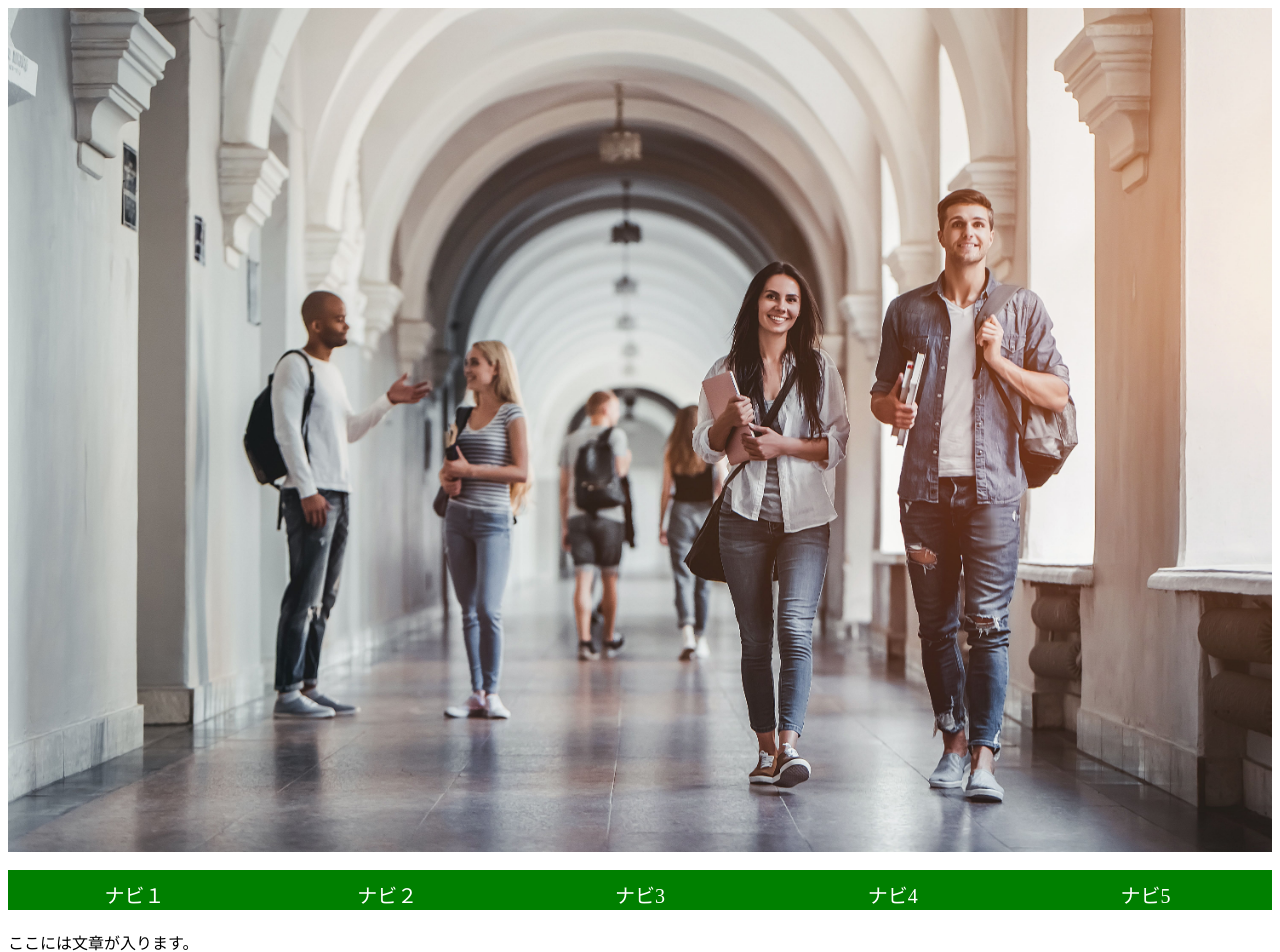
Repository: tsubasa2/restaurant
Page: home.html
The author's editor kept a record of every edit. The page is drawn from the files as they stood at one moment, then again after the next edit.
The browser window is 1280 px wide. The pictures show the part of the page from y = 0 to 952 px (the page is 2274 px tall before and 2194 px after).

Above is the page before.

After the next edit:
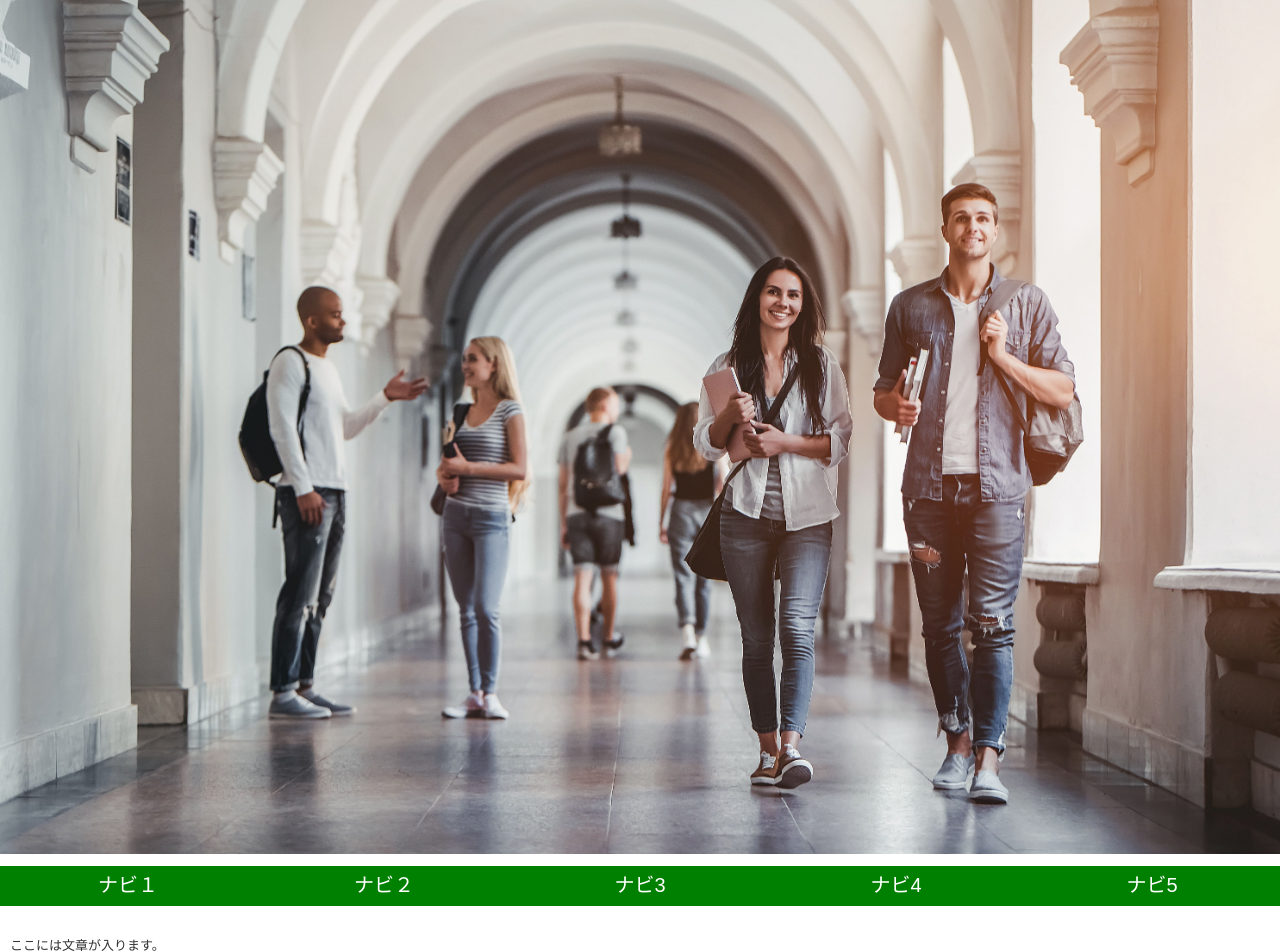
The edit:
--- a/stylesheet.css
+++ b/stylesheet.css
@@ -1,80 +1,3 @@
-<!DOCTYPE html>
-<html lang="ja">
-    <head>
-        <meta charset="UTF-8">
-        <title>HTML/CSSの学習</title>
-        <link rel="stylesheet" href="stylesheet.css">
-    </head>
-    <body>
-        <div id="header">
-            <h1><a href="index.html"><img id="corridor" src="images/corridor.jpg" alt="大学の廊下" /></a></h1>
-        </div>
-        <div id="wrapper">
-            <div id="nav">
-                <ul>
-                    <li><a href="home.html">ナビ1</a></li>
-                    <li><a href="#">ナビ2</a></li>
-                    <li><a href="#">ナビ3</a></li>
-                    <li><a href="#">ナビ4</a></li>
-                    <li><a href="#">ナビ5</a></li>
-                </ul>
-            </div>
-            <div id="container">
-                <div id="main">
-                    <div class="post">
-                        <p>ここは文章が入りま���。ここは文章が入ります。ここは文章が入ります。<br />今は、適当な文章を入れてあります。これをダミーテキストといいます。</p>
-                    </div>
-                    <div class="post clearfix">
-                        <h2>小見出し1</h2>
-                        <img class="left" src="images/classroom.jpg" alt="授業風景" />
-                        <p>
-                            コンテンツ1の本文になります。コンテンツ1の本文になります。コンテンツ1の本文になります。コンテンツ1の本文になります。
-                            コンテンツ1の本文になります。コンテンツ1の本文になります。コンテンツ1の本文になります。コンテンツ1の本文になります。
-                        </p>
-                        <p><a href="#">→コンテンツ1のページへ</a></p>
-                    </div>
-                    <div class="post clearfix">
-                        <h2>小見出し2</h2>
-                        <img class="right" src="images/scale.jpg" alt="天秤" />
-                        <p>
-                            コンテンツ2の本文になります。コンテンツ2の本文になります。コンテンツ2の本文になります。コンテンツ2の本文になります。
-                            コンテンツ2の本文になります。コンテンツ2の本文になります。コンテンツ2の本文になります。コンテンツ2の本文になります。
-                        </p>
-                    </div>
-                </div>
-            </div>
-            <div id="side">
-                <div class="box">
-                    <h2>サイドメニュー1</h2>
-                    <div class="boxBody">
-                        <ul>
-                            <li>項目1</li>
-                            <li>項目2</li>
-                            <li>項目3</li>
-                            <li>項目4</li>
-                        </ul>
-                    </div>
-                </div>
-                <div class="box">
-                    <h2>サイドメニュー2</h2>
-                    <div class="boxBody">
-                        <ul>
-                            <li>項目1</li>
-                            <li>項目2</li>
-                            <li>項目3</li>
-                            <li>項目4</li>
-                        </ul>
-                    </div>
-                </div>
-            </div>
-        </div>
-        <div id="footer">
-            <p>&copy; 20xx ○○ All Rights Reserved.</p>
-        </div>
-    </body>
-</html>
-stylesheet.css
-
 @charset "utf-8";
 
 body {
@@ -88,13 +11,13 @@
 
 /* -------------------- wrapper -------------------- */
 #wrapper {
-    width: 100%;
-    margin: auto;
-    padding: 0px;
-    border: 0px;
-    background-color: #FFF;
-    top: 10px;
-    position: relative;
+	width: 100%;
+	margin: auto;
+	padding: 0px;
+	border: 0px;
+	background-color: #FFF;
+	top: 10px;
+	position: relative;
 }
 
 /* -------------------- header -------------------- */
@@ -127,7 +50,7 @@
 	width: 100%;
 }
 #nav ul {
-    display: flex;
+	display: flex;
 	margin: 0;
 	padding: 0;
 	list-style-type: none;
@@ -159,9 +82,7 @@
 	padding-top: 20px;
 	clear: both;
 	display: grid;
-    grid-template-columns: 70vw 30vw;
-}
-
+	grid-template-columns: 70vw 30vw;
 }
 /* -------------------- main -------------------- */
 #main {
@@ -204,7 +125,7 @@
 
 /* -------------------- clearfix -------------------- */
 .clearfix {
-    zoom: 1;
+	zoom: 1;
 }
 .clearfix:after{
 	content: "";
@@ -255,3 +176,4 @@
 	list-style: none;
 	border-bottom: solid 1px #C36;
 	box-shadow: 0px 4px 4px rgba(0, 0, 0, 0.3);
+}
